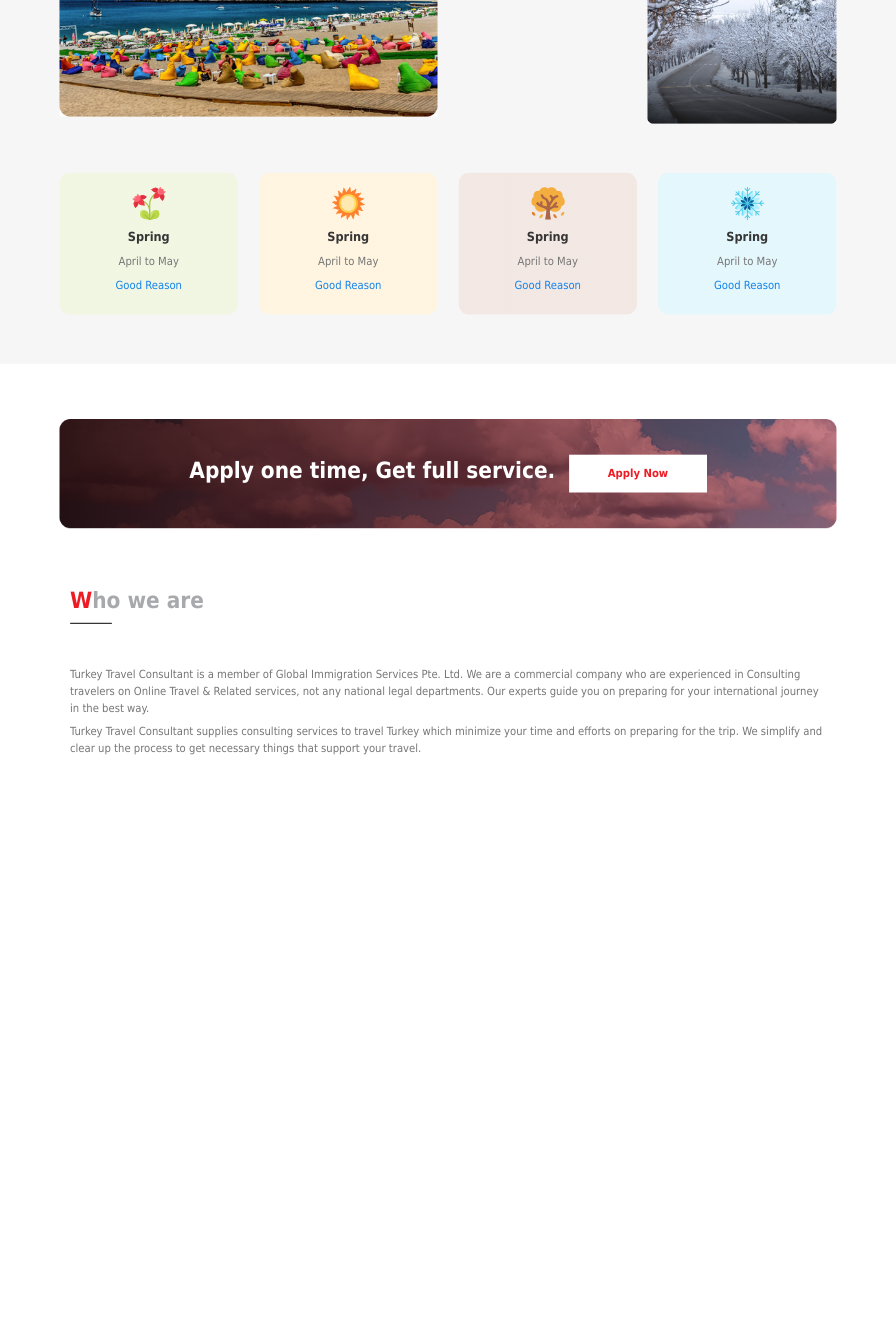
Repository: cvminhquan/turkey
Page: index.html
An editor plug-in stored every save of this project. The page is shown before and after the next save, followed by the edit.
The browser window is 1280 px wide. The pictures show the part of the page from y = 3292 to 5212 px (the page is 30000 px tall), at 70% of full size.
The style sheet was rebuilt from its Sass, Less or Tailwind sources for each picture, by a compiler version that may differ from the author's.

Above is the page before, as saved 2022-09-15 23:14:48.

After the next save:
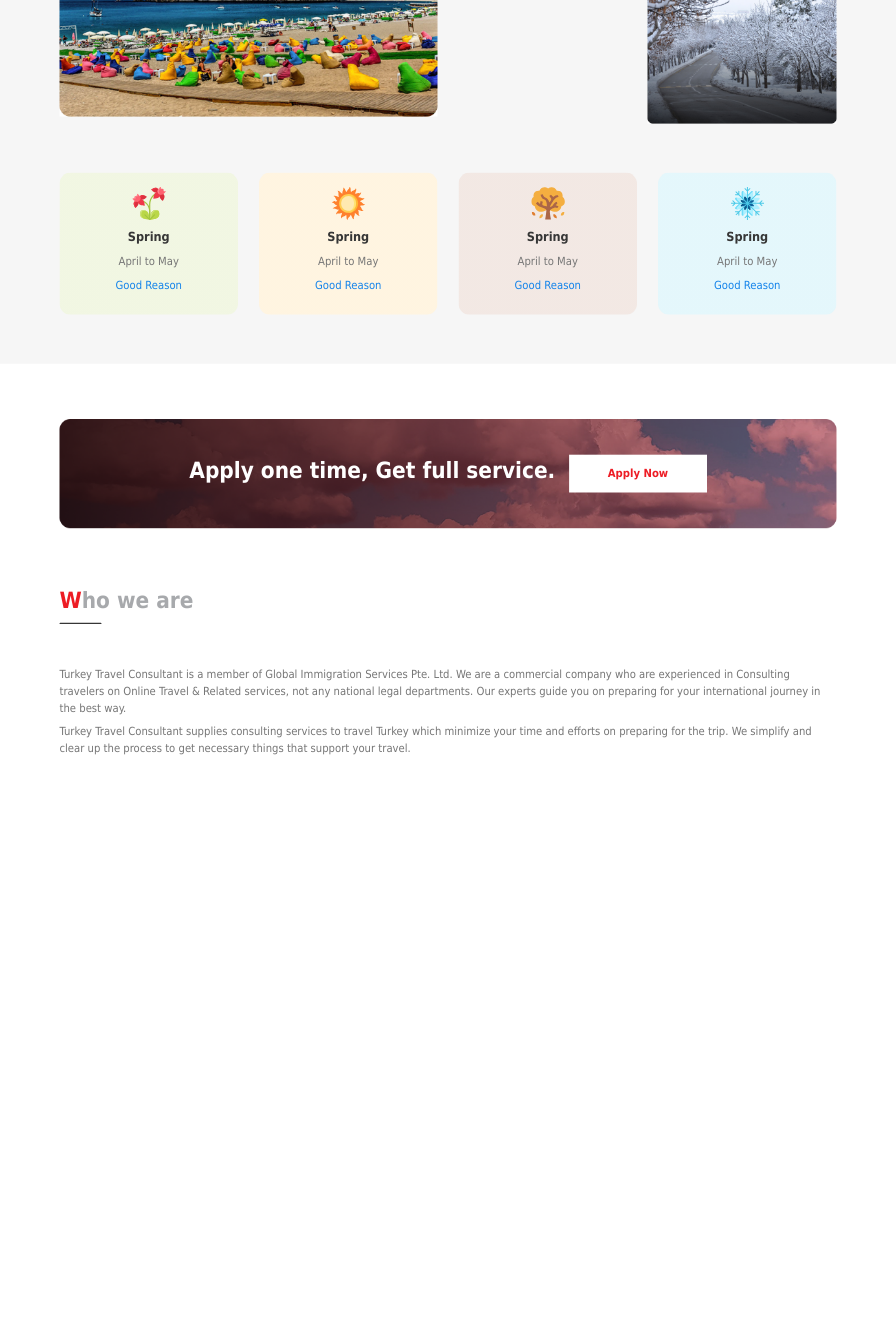
Saved 50 s later.
--- a/index.html
+++ b/index.html
@@ -248,8 +248,8 @@
                         <p class="text-center ad-infor-title">Apply one time, Get full service.</p>
                         <a href="" class="apply">Apply Now</a>
                     </div>
-                    <div id="turkeytrip">
-                        <div class="container pt-7 pb-7">
+                    <div>
+                        <div class="pt-7 pb-7">
                             <h2 class="title title-left">Who we are</h2>
                             <p>Turkey Travel Consultant is a member of Global Immigration Services Pte. Ltd. We are a commercial company who are experienced in Consulting travelers on Online Travel & Related services, not any national legal departments.
                                 Our experts guide you on preparing for your international journey in the best way.</p>
